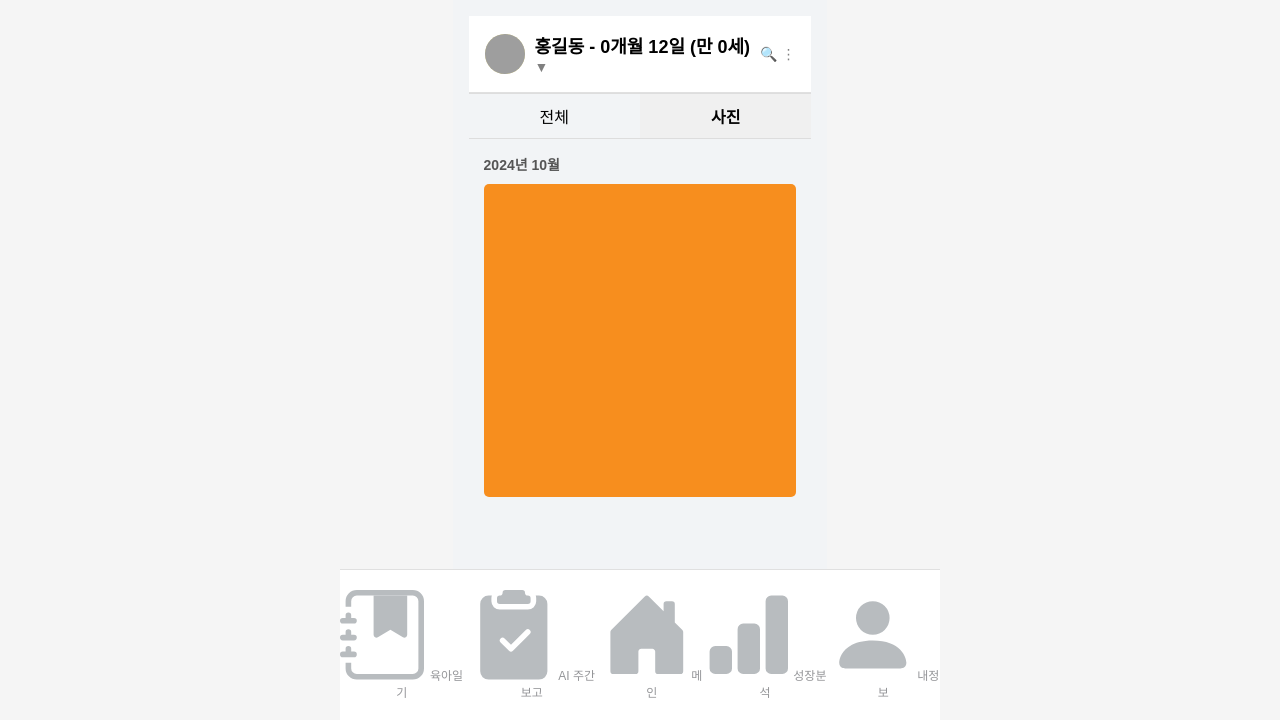
Repository: fromBirth/frombirth-frontend
Page: /babydiary/listphoto
An editor plug-in stored every save of this project. The page is shown before and after the next save, followed by the edit.
The browser window is 1280 px wide. The pictures show the whole page.
Pictures or frames that could not be fetched are drawn as grey boxes. An inner scrolling area shows only its first screen. Some web fonts or font styles are not loaded; a fallback is used. The project was rebuilt for these pictures with package versions that can differ from the ones it lists, and the page was loaded fresh each time. Also part of the build but not shown: vite.config.js.

Above is the page before, as saved 2024-10-30 13:16:08.

After the next save:
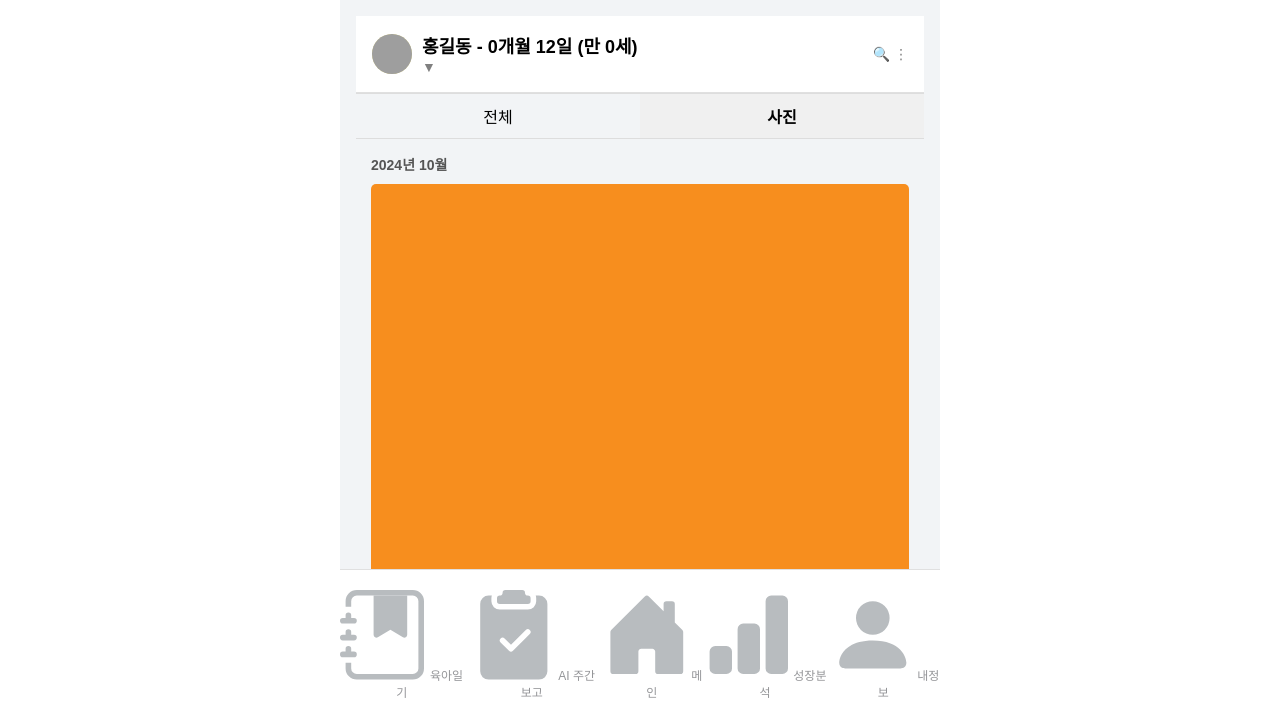
Saved 11 min 47 s later.
--- a/src/assets/styles/common.css
+++ b/src/assets/styles/common.css
@@ -16,7 +16,6 @@
 
 /* 🔴 css 초기화 설정 */
 html, body { font-family: "Pretendard", sans-serif; height: 100%; margin: 0; padding: 0; }
-body { display: flex; justify-content: center; align-items: center; min-height: 100vh; margin: 0; background-color: #f5f5f5; }
 * { margin: 0; padding: 0; box-sizing: border-box; }
 a { text-decoration: none; color: black; }
 ul, li, ol, dl, dd { list-style: none; margin: 0; }
